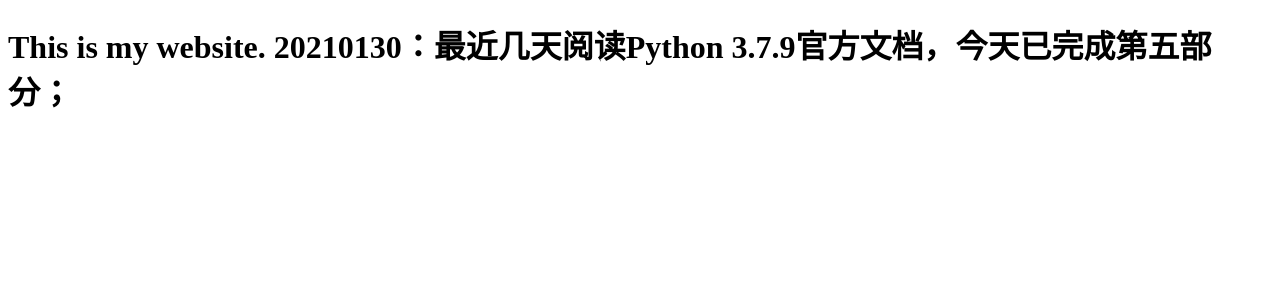
Repository: wangjitao1024/wangjitao1024.github.io
Page: index.html
The author's editor kept a copy of each file at every save. The page is drawn from the files as they stood at one save, then again after a run of saves.
The browser window is 1280 px wide. The pictures show the whole page.

Above is the page before, as saved 2021-01-30 18:48:53.

After the next 3 saves:
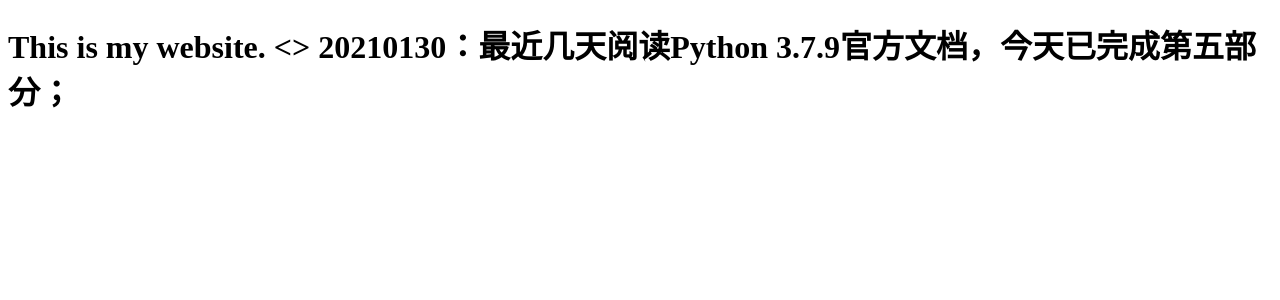
The 3 saves are shown as one change because they came seconds apart.
The last was saved 7 s later.
--- a/index.html
+++ b/index.html
@@ -6,7 +6,7 @@
 </head>
 
 <body>
-    <h1>This is my website.
+    <h1>This is my website. <>
     20210130：最近几天阅读Python 3.7.9官方文档，今天已完成第五部分；
 </body>
 </html>
